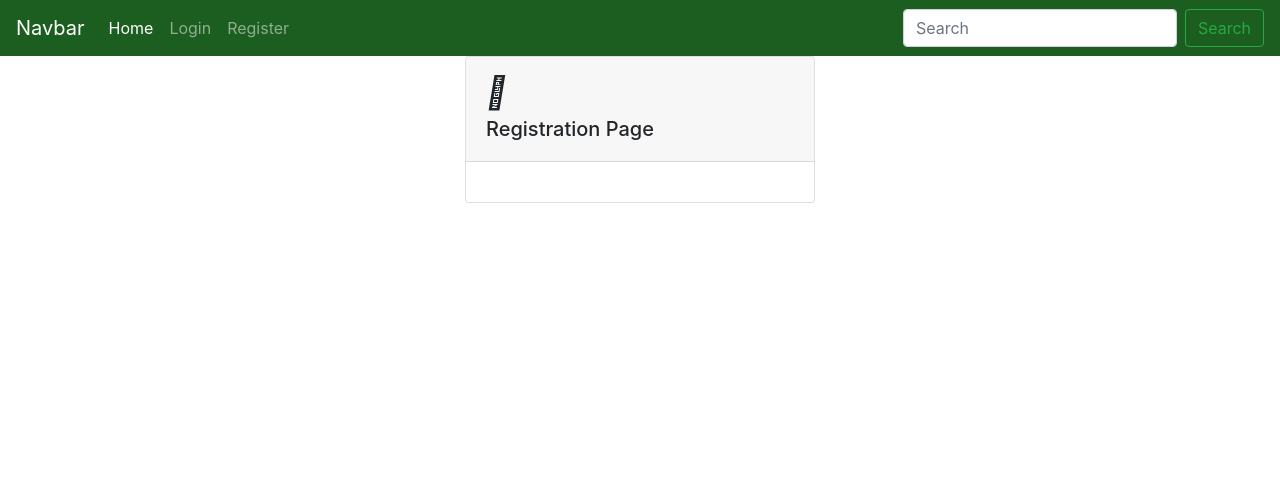
Repository: Chandnim0712/Ecommerce-Spring-Boot-Project
Page: http://localhost/LoginPage/register.jsp
The author's editor kept a copy of each file at every save. The page is drawn from the files as they stood at one save, then again after the next save.
The browser window is 1280 px wide. The pictures show the whole page.
The page is served by Tomcat 9. Other server files are loaded and not shown.

Above is the page before, as saved 2025-06-11 20:03:11.

### LoginPage/src/main/webapp/register.jsp
<%@ page language="java" contentType="text/html; charset=UTF-8"
	pageEncoding="UTF-8"%>
<!DOCTYPE html>
<html>
<head>
<meta charset="UTF-8">
<title>Register</title>
<link rel="stylesheet"
	href="https://cdn.jsdelivr.net/npm/bootstrap@4.0.0/dist/css/bootstrap.min.css"
	integrity="sha384-Gn5384xqQ1aoWXA+058RXPxPg6fy4IWvTNh0E263XmFcJlSAwiGgFAW/dAiS6JXm"
	crossorigin="anonymous">

<link rel="stylesheet"
	href="https://cdnjs.cloudflare.com/ajax/libs/font-awesome/4.7.0/css/font-awesome.min.css">

<link rel="stylesheet" href="css/style.css">
</head>
<body>
	<!-- Start Navbar  -->

	<nav class="navbar navbar-expand-lg navbar-dark bg-custom">
		<a class="navbar-brand" href="#">Navbar</a>
		<button class="navbar-toggler" type="button" data-toggle="collapse"
			data-target="#navbarSupportedContent"
			aria-controls="navbarSupportedContent" aria-expanded="false"
			aria-label="Toggle navigation">
			<span class="navbar-toggler-icon"></span>
		</button>

		<div class="collapse navbar-collapse" id="navbarSupportedContent">
			<ul class="navbar-nav mr-auto">
				<li class="nav-item active"><a class="nav-link" href="#">Home
						<span class="sr-only">(current)</span>
				</a></li>
				<li class="nav-item"><a class="nav-link" href="login.jsp">Login</a></li>
				<li class="nav-item"><a class="nav-link" href="register.jsp">Register</a>
				</li>
			</ul>
			<form class="form-inline my-2 my-lg-0">
				<input class="form-control mr-sm-2" type="search"
					placeholder="Search" aria-label="Search">
				<button class="btn btn-outline-success my-2 my-sm-0" type="submit">Search</button>
			</form>
		</div>
	</nav>

	<!-- End Navbar -->

	<div class="container">
		<div class="row">
			<div class="col-md-4 offset-md-4">
				<div class="card">
					<div class="card-header">
					<i class="fa-user-circle-o fa-2x"></i>
					<h5>Registration Page</h5>
					</div>
					<div class="card-body"></div>
				</div>
			</div>
		</div>
	</div>

</body>
</html>

### LoginPage/src/main/webapp/css/style.css
.bg-custom{
	background : #1b5e20 !important
}

After the next save:
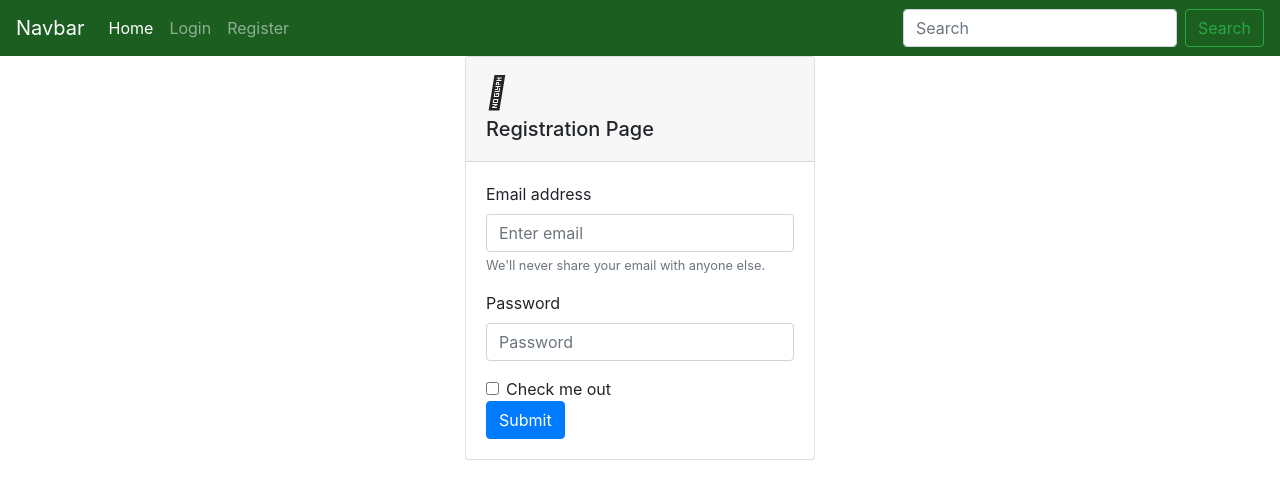
Saved 18 s later.
--- a/LoginPage/src/main/webapp/register.jsp
+++ b/LoginPage/src/main/webapp/register.jsp
@@ -54,7 +54,24 @@
 					<i class="fa-user-circle-o fa-2x"></i>
 					<h5>Registration Page</h5>
 					</div>
-					<div class="card-body"></div>
+					<div class="card-body">
+					<form>
+  <div class="form-group">
+    <label for="exampleInputEmail1">Email address</label>
+    <input type="email" class="form-control" id="exampleInputEmail1" aria-describedby="emailHelp" placeholder="Enter email">
+    <small id="emailHelp" class="form-text text-muted">We'll never share your email with anyone else.</small>
+  </div>
+  <div class="form-group">
+    <label for="exampleInputPassword1">Password</label>
+    <input type="password" class="form-control" id="exampleInputPassword1" placeholder="Password">
+  </div>
+  <div class="form-check">
+    <input type="checkbox" class="form-check-input" id="exampleCheck1">
+    <label class="form-check-label" for="exampleCheck1">Check me out</label>
+  </div>
+  <button type="submit" class="btn btn-primary">Submit</button>
+</form>
+					</div>
 				</div>
 			</div>
 		</div>
